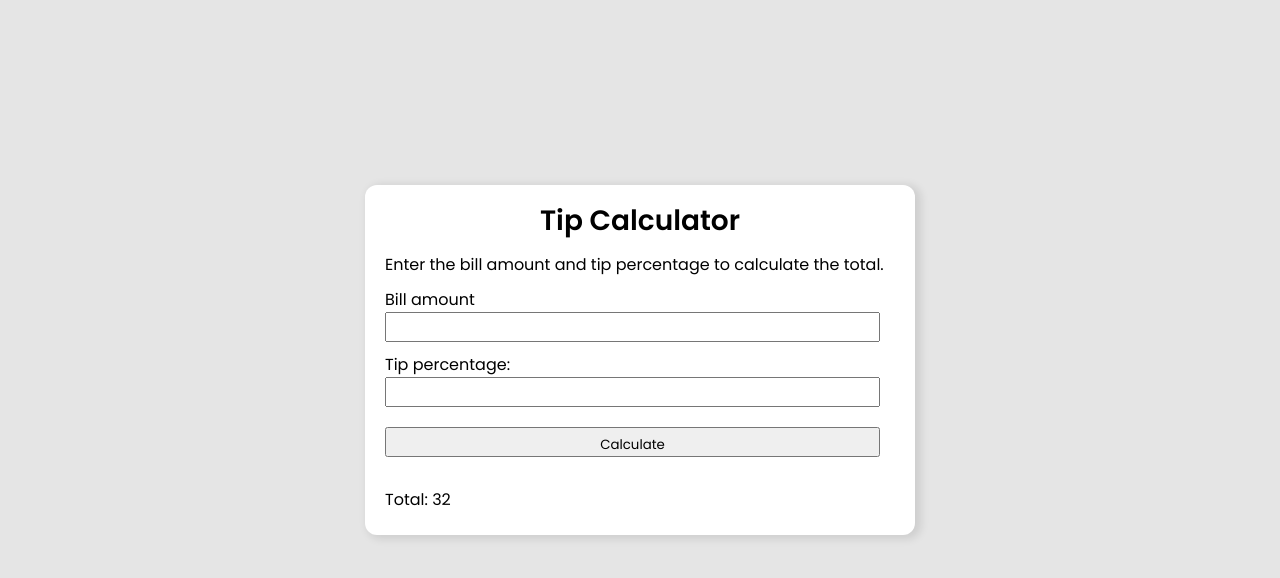
Repository: Ankitkr2021/Tip-Calculator
Page: index.html
An editor plug-in stored every save of this project. The page is shown before and after the next save, followed by the edit.
The browser window is 1280 px wide. The pictures show the whole page.

Above is the page before, as saved 2025-10-27 10:56:25.

After the next save:
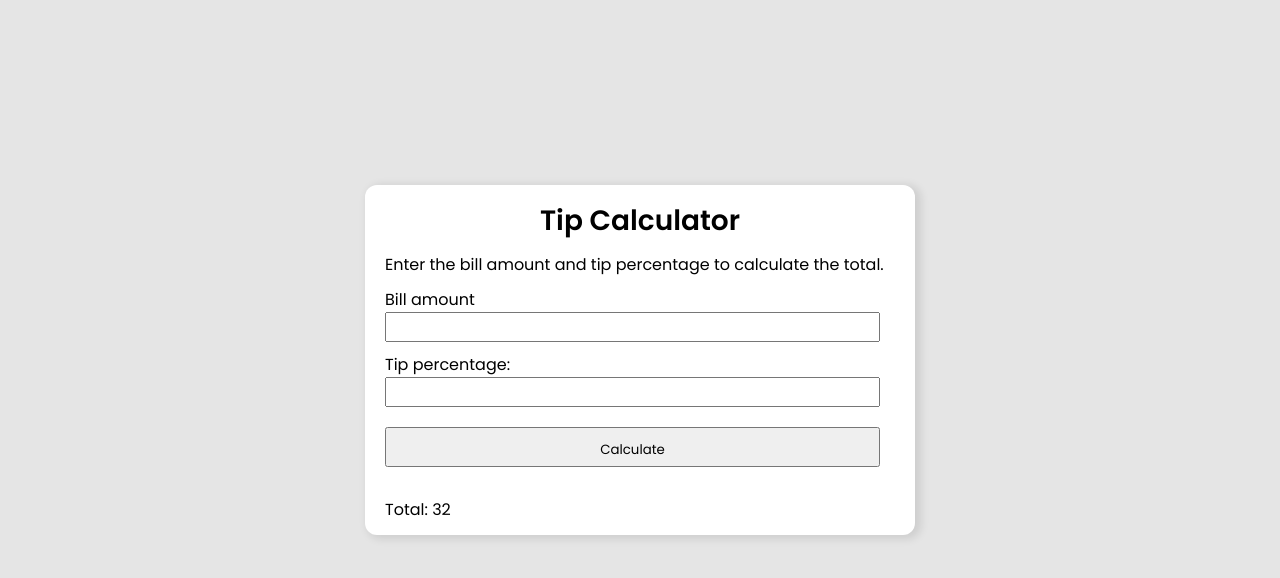
Saved 5 s later.
--- a/style.css
+++ b/style.css
@@ -47,6 +47,6 @@ button {
     padding: 5px 0 0 0;
     width: 90%;
     margin: 20px;
-    height: 30px;
+    height: 40px;
 
 }
